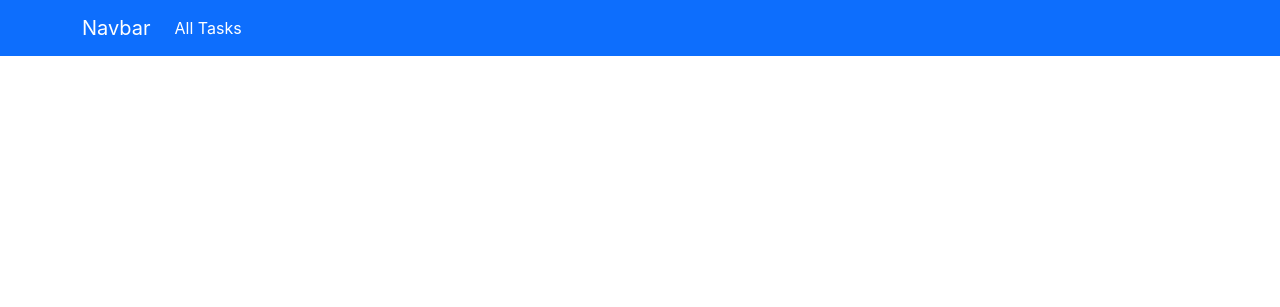
Repository: swathivanka444/MERN-CRUD
Page: /home (app in frontend_crudapp_reactjs-master/)
An editor plug-in stored every save of this project. The page is shown before and after the next save, followed by the edit.
The browser window is 1280 px wide. The pictures show the whole page.
The project was rebuilt for these pictures with package versions that can differ from the ones it lists, and the page was loaded fresh each time. Also part of the build but not shown: frontend_crudapp_reactjs-master/src/App.css.

Above is the page before, as saved 2023-08-29 12:28:05.

After the next save:
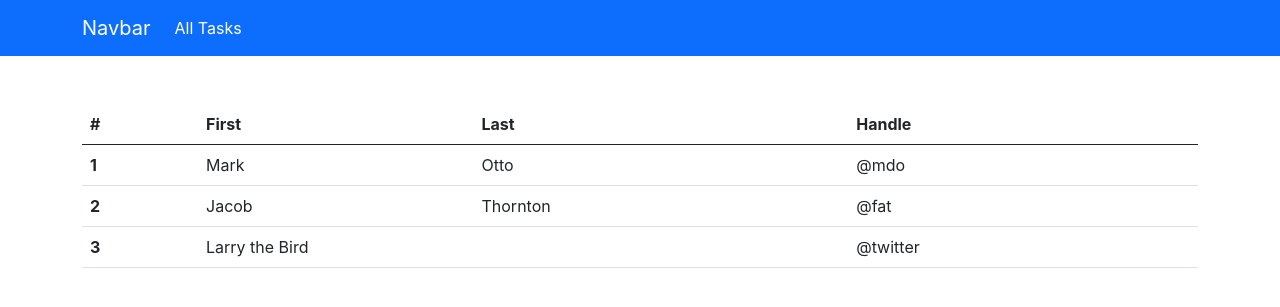
Saved 81 s later.
--- a/frontend_crudapp_reactjs-master/src/component/AllTasks.js
+++ b/frontend_crudapp_reactjs-master/src/component/AllTasks.js
@@ -1,8 +1,36 @@
 import React from "react";
-export default function AllTasks(){
-    return(
+export default function AllTasks() {
+    return (
         <div className="container mt-5">
-
+            <table class="table">
+                <thead>
+                    <tr>
+                        <th scope="col">#</th>
+                        <th scope="col">First</th>
+                        <th scope="col">Last</th>
+                        <th scope="col">Handle</th>
+                    </tr>
+                </thead>
+                <tbody>
+                    <tr>
+                        <th scope="row">1</th>
+                        <td>Mark</td>
+                        <td>Otto</td>
+                        <td>@mdo</td>
+                    </tr>
+                    <tr>
+                        <th scope="row">2</th>
+                        <td>Jacob</td>
+                        <td>Thornton</td>
+                        <td>@fat</td>
+                    </tr>
+                    <tr>
+                        <th scope="row">3</th>
+                        <td colspan="2">Larry the Bird</td>
+                        <td>@twitter</td>
+                    </tr>
+                </tbody>
+            </table>
         </div>
     )
 }
